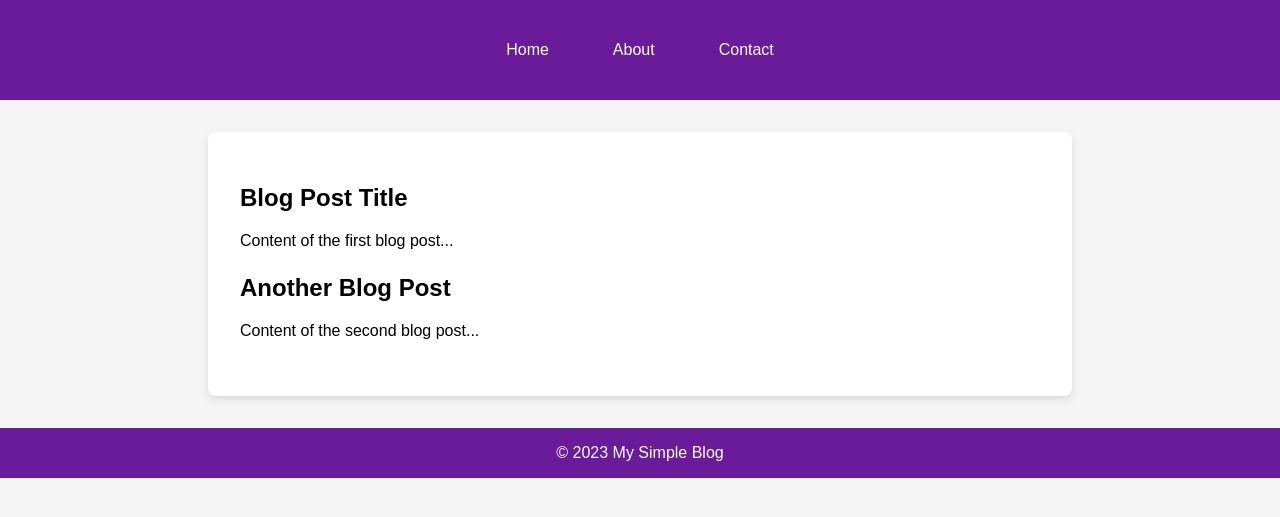
Repository: Femi007-gh/BLOG
Page: index.html
The author's editor kept a copy of each file at every save. The page is drawn from the files as they stood at one save, then again after the next save.
The browser window is 1280 px wide. The pictures show the whole page.

Above is the page before, as saved 2025-01-08 08:56:46.

### index.html
<html>
  <head>
    <title>My Blog</title>
    <link rel="stylesheet" href="style.css">
    <style>
      body {
        margin: 0;
        font-family: Arial, sans-serif;
        background-color: #f5f5f5;
      }

      nav {
        background-color: #6a1b9a;
        height: 100px;
        display: flex;
        flex-direction: column;
        justify-content: center;
        align-items: center;
        color: white;
      }

      ul {
        list-style: none;
        margin: 0;
        padding: 0;
        display: flex;
        justify-content: center;
      }

      li {
        margin: 0 1rem;
      }

      a {
        color: white;
        text-decoration: none;
        font-family: Arial, sans-serif;
        padding: 0.5rem 1rem;
        display: block;
      }

      a:hover {
        background-color: #4a148c;
        border-radius: 4px;
      }

      .container {
        margin: 2rem auto;
        max-width: 800px;
        background-color: white;
        border-radius: 8px;
        padding: 2rem;
        box-shadow: 0 4px 8px rgba(0, 0, 0, 0.1);
      }

      .blog-post {
        margin-bottom: 1.5rem;
      }

      footer {
        background-color: #6a1b9a;
        color: white;
        text-align: center;
        padding: 1rem 0;
        margin-top: 2rem;
      }
    </style>
  </head>
  <body>
    <nav>
      <ul>
        <li><a href="#home">Home</a></li>
        <li><a href="#about">About</a></li>
        <li><a href="#contact">Contact</a></li>
      </ul>
    </nav>
    <div class="container">
      <div class="blog-post">
        <h2>Blog Post Title</h2>
        <p>Content of the first blog post...</p>
      </div>
      <div class="blog-post">
        <h2>Another Blog Post</h2>
        <p>Content of the second blog post...</p>
      </div>
    </div>
    <footer>
      &copy; 2023 My Simple Blog
    </footer>
  </body>
  </html>

Loaded but not shown: style.css (no stored copy; drawn as an empty file)

After the next save:
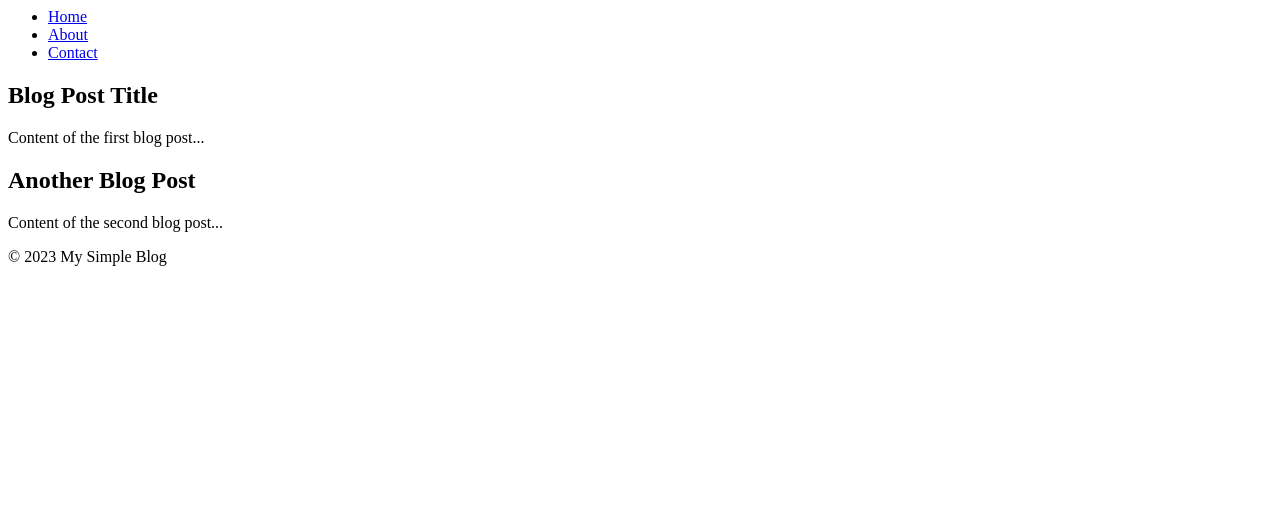
Saved 11 s later.
--- a/index.html
+++ b/index.html
@@ -3,67 +3,7 @@
     <title>My Blog</title>
     <link rel="stylesheet" href="style.css">
     <style>
-      body {
-        margin: 0;
-        font-family: Arial, sans-serif;
-        background-color: #f5f5f5;
-      }
 
-      nav {
-        background-color: #6a1b9a;
-        height: 100px;
-        display: flex;
-        flex-direction: column;
-        justify-content: center;
-        align-items: center;
-        color: white;
-      }
-
-      ul {
-        list-style: none;
-        margin: 0;
-        padding: 0;
-        display: flex;
-        justify-content: center;
-      }
-
-      li {
-        margin: 0 1rem;
-      }
-
-      a {
-        color: white;
-        text-decoration: none;
-        font-family: Arial, sans-serif;
-        padding: 0.5rem 1rem;
-        display: block;
-      }
-
-      a:hover {
-        background-color: #4a148c;
-        border-radius: 4px;
-      }
-
-      .container {
-        margin: 2rem auto;
-        max-width: 800px;
-        background-color: white;
-        border-radius: 8px;
-        padding: 2rem;
-        box-shadow: 0 4px 8px rgba(0, 0, 0, 0.1);
-      }
-
-      .blog-post {
-        margin-bottom: 1.5rem;
-      }
-
-      footer {
-        background-color: #6a1b9a;
-        color: white;
-        text-align: center;
-        padding: 1rem 0;
-        margin-top: 2rem;
-      }
     </style>
   </head>
   <body>
